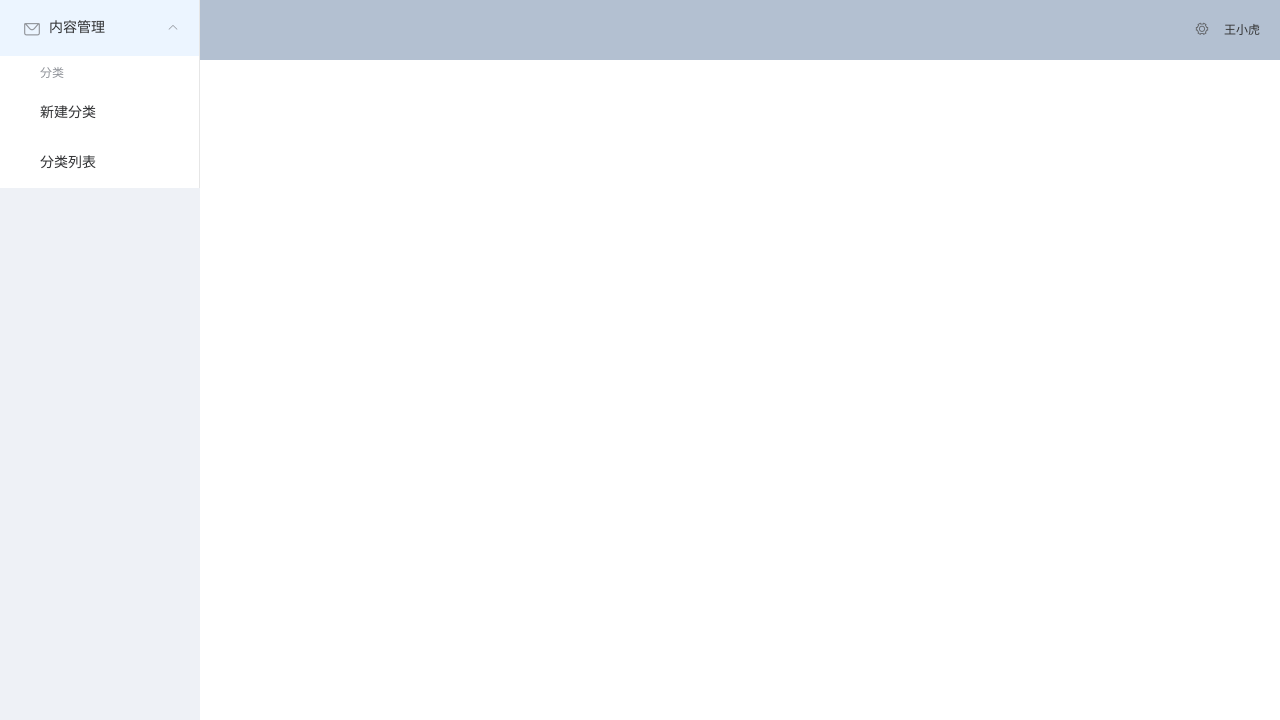
Repository: fish-zmy/wangzherongyao
Page: / (app in admin/)
An editor plug-in stored every save of this project. The page is shown before and after the next save, followed by the edit.
The browser window is 1280 px wide. The pictures show the whole page.
The project was rebuilt for these pictures with package versions that can differ from the ones it lists, and the page was loaded fresh each time. Also part of the build but not shown: admin/vue.config.js, admin/src/views/CategoryEdit.vue, admin/src/views/CategoryList.vue, admin/src/views/ItemEdit.vue, admin/src/views/ItemList.vue. Imported but missing from the stored project, and not drawn on this page: admin/src/views/Home.vue.

Above is the page before, as saved 2020-06-17 20:27:29.

After the next save:
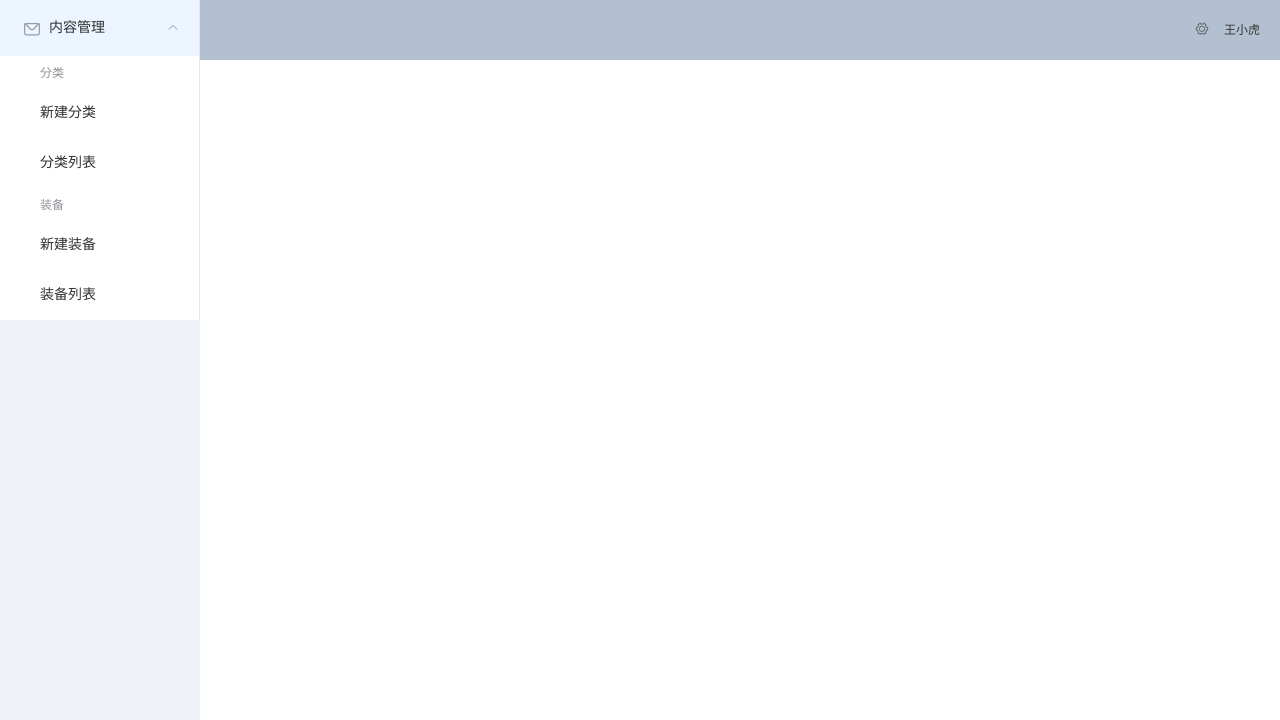
Saved 4 min 51 s later.
--- a/admin/src/views/Main.vue
+++ b/admin/src/views/Main.vue
@@ -10,6 +10,11 @@
             <template slot="title">分类</template>
             <el-menu-item index="/categories/create">新建分类</el-menu-item>
             <el-menu-item index="/categories/list">分类列表</el-menu-item>
+          </el-menu-item-group>
+          <el-menu-item-group>
+            <template slot="title">装备</template>
+            <el-menu-item index="/categories/create">新建装备</el-menu-item>
+            <el-menu-item index="/categories/list">装备列表</el-menu-item>
           </el-menu-item-group>
         </el-submenu>
       </el-menu>
